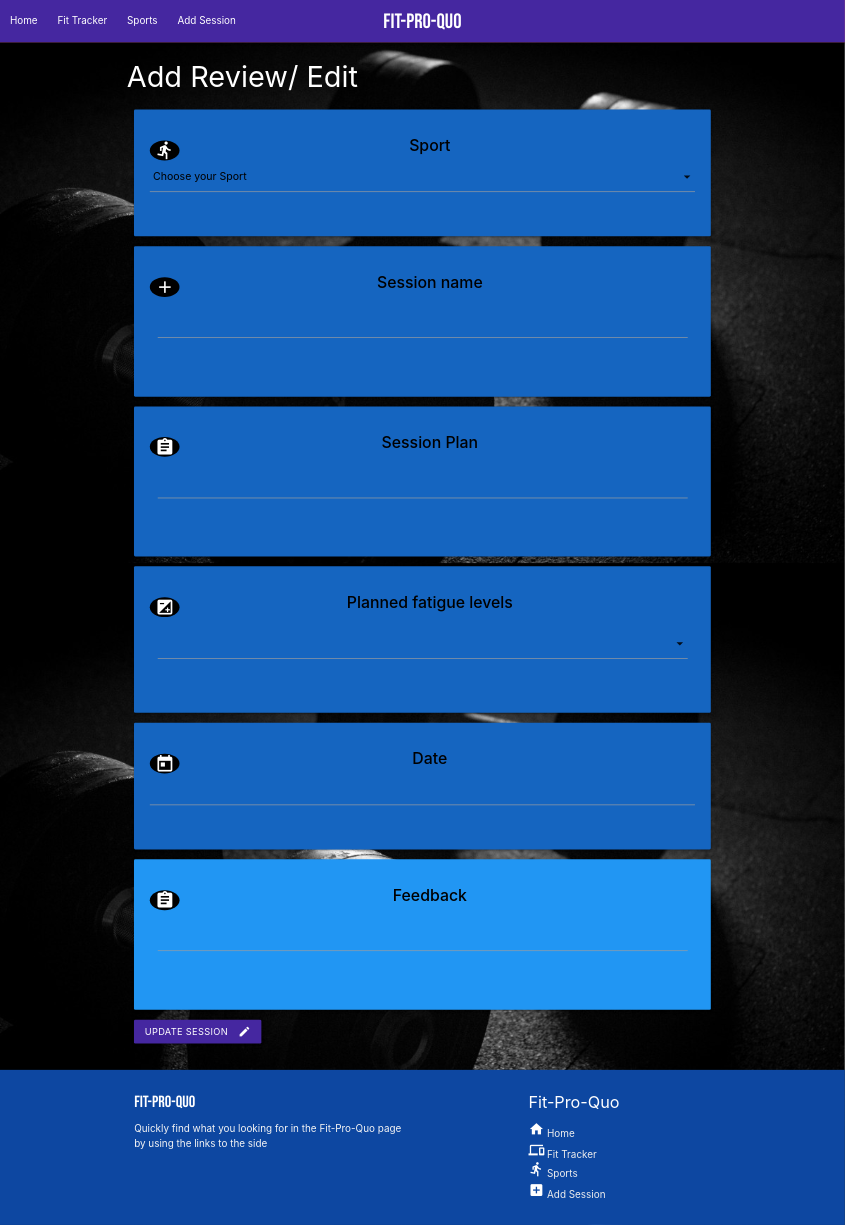
Repository: grantymartin/fit-pro-quo
Page: templates/editaction.html
The author's editor kept a record of every edit. The page is drawn from the files as they stood at one moment, then again after the next edit.
The browser window is 1280 px wide. The pictures show the whole page, at 66% of full size.
Backgrounds fixed to the window are drawn as part of the page. Some web libraries are served in a nearby version. The page is served by the project's application, run on Flask 3 (app.py). The template is opened directly, without the code that normally fills it, so the values that code supplies are empty.

Above is the page before.
Console error: ReferenceError: options is not defined

### templates/editaction.html
{% extends 'base.html' %} {% block content %}

<h3 class="white-text">
    Add Review/ Edit
</h3>
<div class="row">
    <form class="col s12 row" action="{{url_for('update_action', action_id=action_tracker._id) }}" method="POST">
        <div class="card blue darken-3">
            <div class="card-content white-text">
                <div class="row">
                    <div class="input-field col s12">
                        <div>
                            <i class="material-icons prefix black circle center">directions_run</i>
                            <label class="black-text card-title center-align"><strong>Sport</strong></label>
                        </div>
                        <select id="action" name="action_name">
                            <option value="" disabled selected> Choose your Sport</option>
                            {% for act in action %}
                                {% if act.action_name == action_tracker.action_name %}
                                    <option value="{{act.action_name}}" class="black-text" selected>{{act.action_name}}</option>
                                    {% else %}
                                    <option value="{{act.action_name}}" class="black-text">{{act.action_name}}</option>
                                {% endif %}
                            {% endfor %}
                        </select>
                    </div>
                </div>
            </div>
        </div>

        <div class="card blue darken-3">
            <div class="card-content white-text">
                <div class="row">
                    <div class="input-field col s12">
                        <div>
                            <i class="material-icons prefix black circle center">add</i>
                            <label class="black-text card-title center-align"><strong>Session name</strong></label>
                        </div>
                        <div class="input-field col s12">
                            <textarea id="session_name" name="session_name" type="tel" class="materialize-textarea">{{action_tracker.session_name}}</textarea>
                        </div>
                    </div>
                </div>
            </div>
        </div>

        <div class="card blue darken-3">
            <div class="card-content white-text">
                <div class="row">
                    <div class="input-field col s12">
                        <div>
                            <i class="material-icons prefix black circle center">assignment</i>
                            <label class="black-text card-title center-align"><strong>Session Plan</strong></label>
                        </div>
                        <div class="input-field col s12">
                            <textarea id="action_description" name="action_description" type="tel" class="materialize-textarea">{{action_tracker.action_description}}</textarea>
                        </div>
                    </div>
                </div>
            </div>
        </div>

        <div class="card blue darken-3">
            <div class="card-content white-text">
                <div class="row">
                    <div class="input-field col s12">
                        <div>
                            <i class="material-icons prefix black circle center">exposure</i>
                            <label class="black-text card-title center-align"><strong>Planned fatigue levels</strong></label>
                        </div>
                        <div class="input-field col s12">
                            <select id="planned_fatigue" name="planned_fatigue">
                                {% if action_tracker.planned_fatigue == action_tracker.planned_fatigue %}
                                    <option value="{{action_tracker.planned_fatigue}}" class="black-text" selected>{{action_tracker.planned_fatigue}}</option>
                                    <option value="1" class="black-text">1</option>
                            <option value="2" class="black-text">2</option>
                            <option value="3" class="black-text">3</option>
                            <option value="4" class="black-text">4</option>
                            <option value="5" class="black-text">5</option>
                            <option value="6" class="black-text">6</option>
                            <option value="7" class="black-text">7</option>
                            <option value="8" class="black-text">8</option>
                            <option value="9" class="black-text">9</option>
                            <option value="10" class="black-text">10</option>
                                    {% else %}
                                    <option value="1" class="black-text">1</option>
                            <option value="2" class="black-text">2</option>
                            <option value="3" class="black-text">3</option>
                            <option value="4" class="black-text">4</option>
                            <option value="5" class="black-text">5</option>
                            <option value="6" class="black-text">6</option>
                            <option value="7" class="black-text">7</option>
                            <option value="8" class="black-text">8</option>
                            <option value="9" class="black-text">9</option>
                            <option value="10" class="black-text">10</option>
                                {% endif %}
                        </select>
                        </div>
                    </div>
                </div>
            </div>
        </div>

        <div class="card blue darken-3">
            <div class="card-content white-text">
                <div class="row">
                    <div class="input-field col s12" id="matfix">
                        <div>
                            <i class="material-icons prefix black circle center">today</i>
                            <label class="black-text card-title center-align"><strong>Date</strong></label>
                        </div>
                        <input id="date" name="date" type="text" class="datepicker" value="{{action_tracker.date}}">
                    </div>
                </div>
            </div>
        </div>



        <div class="card blue">
            <div class="card-content white-text">
                <div class="row">
                    <div class="input-field col s12">
                        <div>
                            <i class="material-icons prefix black circle center">assignment</i>
                            <label class="black-text card-title center-align"><strong>Feedback</strong></label>
                        </div>
                        <div class="input-field col s12">
                            <textarea id="feedback" name="feedback" type="tel" class="materialize-textarea"></textarea>
                        </div>
                    </div>
                </div>
            </div>
        </div>
        <button class="btn waves-effect waves-light deep-purple darken-3" type="submit" name="action">Update session
            <i class="material-icons right">create</i>
        </button>
    </form>
</div>

<script src="https://cdnjs.cloudflare.com/ajax/libs/jquery/3.2.1/jquery.min.js"></script>
{% endblock %}

### templates/base.html
<!DOCTYPE html>
<html lang="en">

<head>
    <meta charset="UTF-8">
    <meta name="viewport" content="width=device-width, initial-scale=1.0">
    <meta http-equiv="X-UA-Compatible" content="ie=edge">

    <style>
        @import url('https://fonts.googleapis.com/css?family=Bebas+Neue|Libre+Baskerville|Ubuntu&display=swap');
    </style>

    <link rel="stylesheet" href="https://cdnjs.cloudflare.com/ajax/libs/materialize/1.0.0/css/materialize.min.css">
    <link href="https://fonts.googleapis.com/icon?family=Material+Icons" rel="stylesheet">
    <link rel="stylesheet" href="{{url_for('static', filename='css/style.css')}}" type="text/css" />

    <title>Fit-Pro-Quo</title>
</head>

<body class="bg-img">
    <header>
        <div class="navbar-fixed">
            <nav>
                <div class="nav-wrapper deep-purple darken-3">
                    <a href="{{url_for('home')}}" class="brand-logo center"><span class="header">Fit-Pro-Quo</span></a>
                    <a href="#" data-target="mobile-demo" class="sidenav-trigger"><i class="material-icons">menu</i></a>
                    <ul class="left hide-on-med-and-down">
                        <li><a href="{{url_for('home')}}">Home</a></li>
                        <li><a href="{{url_for('fit_track')}}">Fit Tracker</a></li>
                        <li><a href="{{url_for('sports')}}">Sports</a></li>
                        <li><a href="{{url_for('addexercise')}}">Add Session</a></li>
                    </ul>
                </div>
            </nav>
            <ul class="sidenav" id="mobile-demo">
                <li><a href="{{url_for('home')}}">Home</a></li>
                <li><a href="{{url_for('fit_track')}}">Fit Tracker</a></li>
                <li><a href="{{url_for('sports')}}">Sports</a></li>
                <li><a href="{{url_for('addexercise')}}">Add Session</a></li>
            </ul>
        </div>
    </header>
    <main>
        <div class="container">
            {% block content %} {% endblock %}
        </div>
    </main>
    <footer class="page-footer blue darken-4">
        <div class="container">
            <div class="row">
                <div class="col l6 s12">
                    <h5 class="white-text header">Fit-Pro-Quo</h5>
                    <p class="grey-text text-lighten-4">Quickly find what you looking for in the Fit-Pro-Quo page by using the links to the side</p>
                </div>
                <div class="col l4 offset-l2 s12">
                    <h5 class="white-text">Fit-Pro-Quo</h5>
                    <ul>
                        <li><i class="material-icons">home</i><a class="grey-text text-lighten-3" href="{{url_for('home')}}"> Home</a></li>
                        <li><i class="material-icons">devices</i><a class="grey-text text-lighten-3" href="{{url_for('fit_track')}}"> Fit Tracker</a></li>
                        <li><i class="material-icons">directions_run</i><a class="grey-text text-lighten-3" href="{{url_for('sports')}}"> Sports</a></li>
                        <li><i class="material-icons">add_box</i><a class="grey-text text-lighten-3" href="{{url_for('addexercise')}}"> Add Session</a></li>
                    </ul>
                </div>
            </div>
        </div>
    </footer>
    <script src="https://cdnjs.cloudflare.com/ajax/libs/jquery/3.2.1/jquery.min.js"></script>
    <script src="https://cdnjs.cloudflare.com/ajax/libs/materialize/1.0.0/js/materialize.min.js"></script>
    <script type="text/javascript">
        $(document).ready(function() {
            $('select').formSelect();
            $('.sidenav').sidenav();
            $('.collapsible').collapsible();
            $('.datepicker').datepicker();
            $('.modal').modal();
        });

        document.addEventListener('DOMContentLoaded', function() {
            var elems = document.querySelectorAll('.modal');
            var instances = M.Modal.init(elems, options);
        });
    </script>
</body>

</html>

### app.py
import os
import pymongo
from flask import Flask, render_template, redirect, request, url_for
from flask_pymongo import PyMongo
from bson.objectid import ObjectId

app = Flask(__name__)

app.config["MONGO_URI"] = os.getenv("MONGO_URI")
app.config["MONGO_DBNAME"] = 'fitness_tracker'

mongo = PyMongo(app)

@app.route('/')
@app.route('/home')
def home():
    return render_template("home.html")

@app.route('/fit_track')
def fit_track():
    return render_template("fittrack.html", action_tracker=mongo.db.action_tracker.find())

@app.route('/addexercise')
def addexercise():
    return render_template('addexercise.html', action=mongo.db.action.find())

@app.route('/insert_exercise', methods=['POST'])
def insert_exercise():
    action_tracker = mongo.db.action_tracker
    action_tracker.insert_one(request.form.to_dict())
    return redirect(url_for('fit_track'))

@app.route('/edit_action/<action_id>')
def edit_action(action_id):
    the_action = mongo.db.action_tracker.find_one({"_id":ObjectId(action_id)})
    sport = mongo.db.action.find()
    return render_template('editaction.html', action_tracker=the_action, action=sport)

@app.route('/update_action/<action_id>', methods=["POST"])
def update_action(action_id):
    action_tracker = mongo.db.action_tracker
    action_tracker.update( {'_id': ObjectId(action_id)},
    {
        'session_name':request.form.get('session_name'),
        'action_name':request.form.get('action_name'),
        'action_description': request.form.get('action_description'),
        'planned_fatigue': request.form.get('planned_fatigue'),
        'date':request.form.get('date'),
        'actual_fatigue': request.form.get('actual_fatigue'),
        'feedback': request.form.get('feedback')
    })
    return redirect(url_for('fit_track'))

@app.route('/delete_action/<action_id>')
def delete_action(action_id):
    mongo.db.action_tracker.remove({'_id': ObjectId(action_id)})
    return redirect(url_for('fit_track'))

@app.route('/sports')
def sports():
    return render_template("sports.html", action=mongo.db.action.find())

@app.route('/addsport')
def addsport():
    return render_template('addsport.html', action=mongo.db.action.find())

@app.route('/insert_sport', methods=['POST'])
def insert_sport():
    action_doc = {'action_name': request.form.get('action_name')}
    mongo.db.action.insert_one(action_doc)
    return redirect(url_for('sports'))

@app.route('/delete_sport/<act_id>')
def delete_sport(act_id):
    mongo.db.action.remove({'_id':ObjectId(act_id)})
    return redirect(url_for('sports'))

if __name__ == '__main__':
    app.run(host=os.environ.get('IP'),
            port=int(os.environ.get('PORT')),
            debug=True)

### static/css/style.css
body {
    display: flex;
    min-height: 100vh;
    flex-direction: column;
}

main {
    flex: 1 0 auto;
}

.bg-img {
    background-image: url("../images/background-img.jpg");
    background-repeat: no-repeat;
    background-attachment: fixed;
    background-position: center;
    background-size: cover;
}

.header {
    font-family: 'Bebas Neue', cursive;
}

.para {
    font-family: 'Libre Baskerville', serif;
}

.btn-margin {
    margin: 20px;
}

After the next edit:
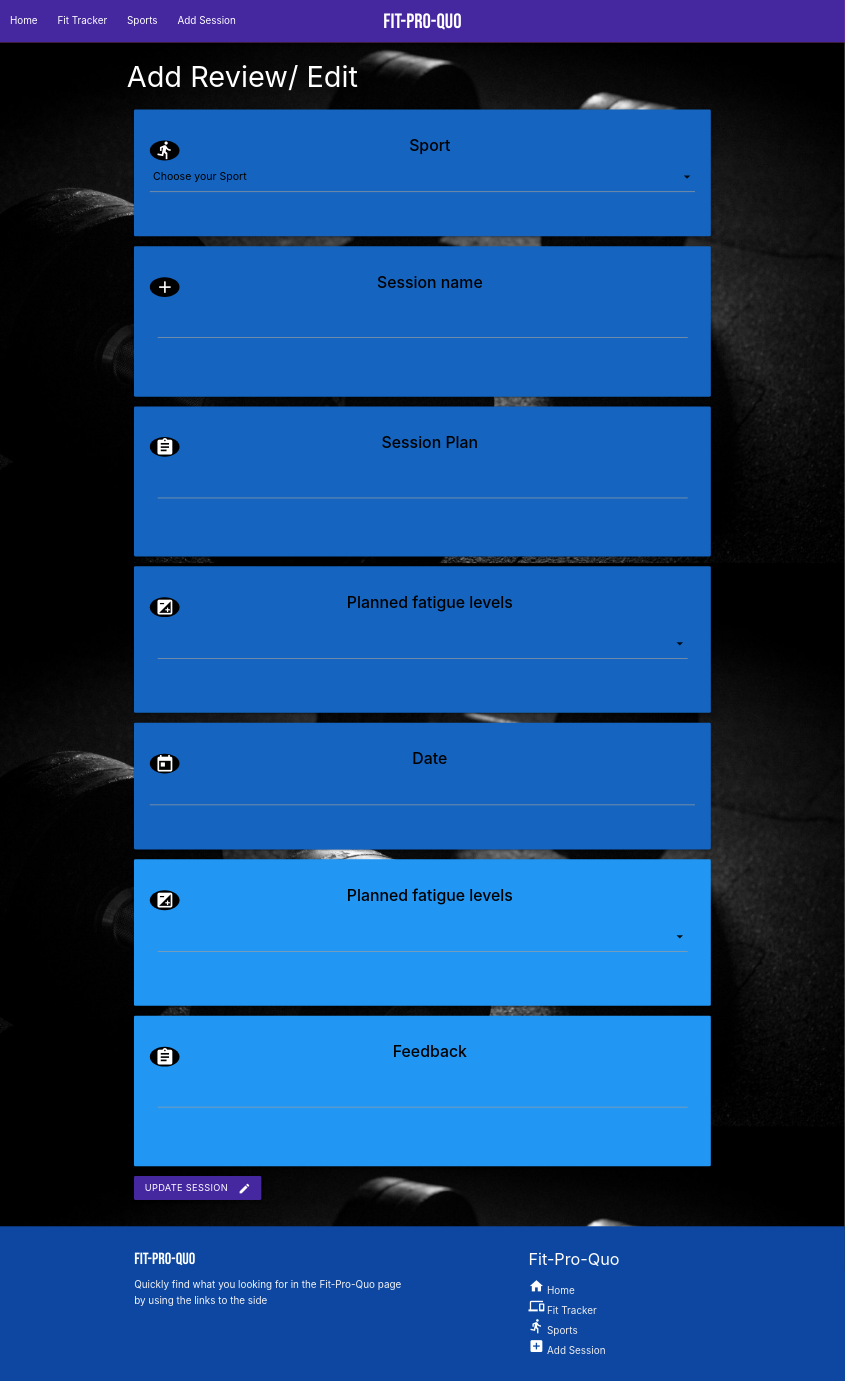
The edit:
--- a/templates/editaction.html
+++ b/templates/editaction.html
@@ -115,6 +115,46 @@
             </div>
         </div>
 
+        <div class="card blue">
+            <div class="card-content white-text">
+                <div class="row">
+                    <div class="input-field col s12">
+                        <div>
+                            <i class="material-icons prefix black circle center">exposure</i>
+                            <label class="black-text card-title center-align"><strong>Planned fatigue levels</strong></label>
+                        </div>
+                        <div class="input-field col s12">
+                            <select id="planned_fatigue" name="planned_fatigue">
+                                {% if action_tracker.planned_fatigue == action_tracker.planned_fatigue %}
+                                    <option value="{{action_tracker.planned_fatigue}}" class="black-text" selected>{{action_tracker.planned_fatigue}}</option>
+                                    <option value="1" class="black-text">1</option>
+                            <option value="2" class="black-text">2</option>
+                            <option value="3" class="black-text">3</option>
+                            <option value="4" class="black-text">4</option>
+                            <option value="5" class="black-text">5</option>
+                            <option value="6" class="black-text">6</option>
+                            <option value="7" class="black-text">7</option>
+                            <option value="8" class="black-text">8</option>
+                            <option value="9" class="black-text">9</option>
+                            <option value="10" class="black-text">10</option>
+                                    {% else %}
+                                    <option value="1" class="black-text">1</option>
+                            <option value="2" class="black-text">2</option>
+                            <option value="3" class="black-text">3</option>
+                            <option value="4" class="black-text">4</option>
+                            <option value="5" class="black-text">5</option>
+                            <option value="6" class="black-text">6</option>
+                            <option value="7" class="black-text">7</option>
+                            <option value="8" class="black-text">8</option>
+                            <option value="9" class="black-text">9</option>
+                            <option value="10" class="black-text">10</option>
+                                {% endif %}
+                        </select>
+                        </div>
+                    </div>
+                </div>
+            </div>
+        </div>
 
 
         <div class="card blue">
